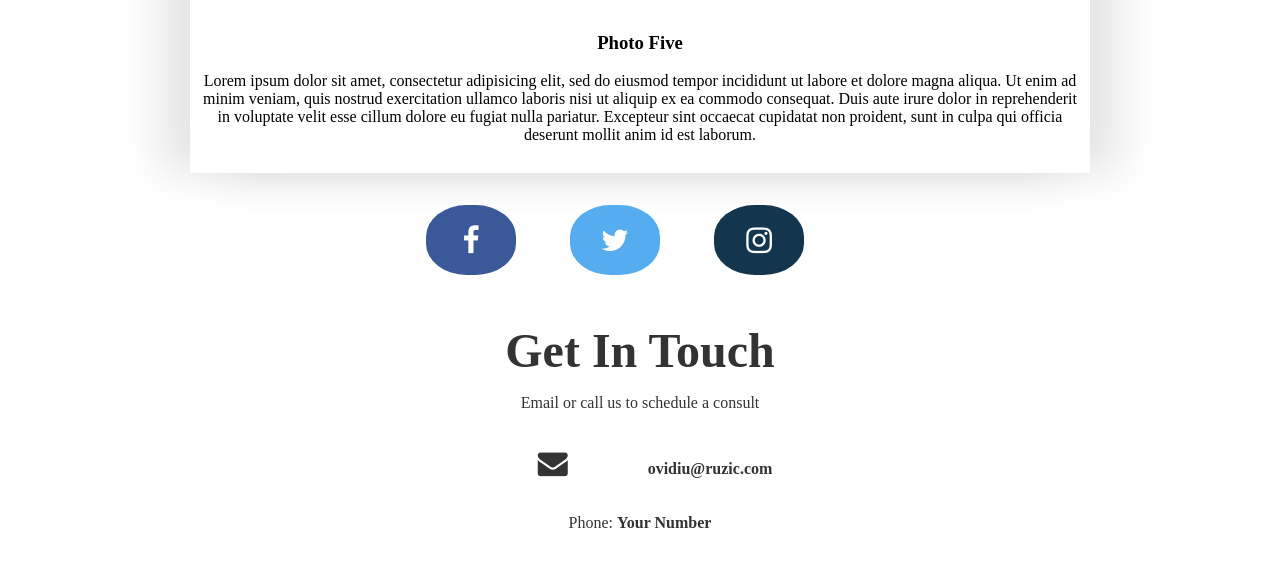
Repository: konstantin0s/mobile-photography
Page: index.html
These files come from the project's save history. The page is drawn as it stood at one moment and after the next save; the edit follows.
The browser window is 1280 px wide. The pictures show the part of the page from y = 4062 to 4702 px (the page is 4650 px tall before and 4702 px after).

Above is the page before, as saved 2019-05-11 14:53:49.

### index.html
<!DOCTYPE html>
<html lang="en" dir="ltr">
  <head>
    <meta charset="utf-8">
    <meta name="viewport" content="width=device-width, initial-scale=1.0">
    <meta http-equiv="X-UA-Compatible" content="ie=edge">
    <link rel="stylesheet" href="https://cdnjs.cloudflare.com/ajax/libs/font-awesome/4.7.0/css/font-awesome.min.css">
    <link rel="stylesheet" href="css/style.css">

    <title>Mobile Photography</title>
  </head>
  <body>
<main>
  <div id="landing" class="">
    <div id="landing-text" class="">
      <div id="landing-text-inner" class="">
       <img id="logo" src="img/logos.png" />
       <h1>Photography</h1>
        <a href="#images" class="btn" id="view-work">
          View Work
        </a>
      </div>
    </div>
    <div id="landing-image" class="">

    </div>
  </div>

  <div id="images" class="">
<div id="header">
  <h2>Our Work</h2>
</div>
<img src="https://source.unsplash.com/1600x900/?nature,water" alt="">
<div class="caption">
  <h3>Photo One</h3>
  <p>
    Lorem ipsum dolor sit amet, consectetur adipisicing elit, sed do eiusmod tempor incididunt ut labore et dolore magna aliqua. Ut enim ad minim veniam, quis nostrud exercitation ullamco laboris nisi ut aliquip ex ea commodo consequat. Duis aute irure dolor in reprehenderit in voluptate velit esse cillum dolore eu fugiat nulla pariatur. Excepteur sint occaecat cupidatat non proident, sunt in culpa qui officia deserunt mollit anim id est laborum.

  </p>
</div>

<img src="https://source.unsplash.com/1600x900/?nature,clouds" alt="">
<div class="caption">
  <h3>Photo Two</h3>
  <p>
    Lorem ipsum dolor sit amet, consectetur adipisicing elit, sed do eiusmod tempor incididunt ut labore et dolore magna aliqua. Ut enim ad minim veniam, quis nostrud exercitation ullamco laboris nisi ut aliquip ex ea commodo consequat. Duis aute irure dolor in reprehenderit in voluptate velit esse cillum dolore eu fugiat nulla pariatur. Excepteur sint occaecat cupidatat non proident, sunt in culpa qui officia deserunt mollit anim id est laborum.

  </p>
</div>

<img src="https://source.unsplash.com/1600x900/?nature,animals" alt="">
<div class="caption">
  <h3>Photo Three</h3>
  <p>
    Lorem ipsum dolor sit amet, consectetur adipisicing elit, sed do eiusmod tempor incididunt ut labore et dolore magna aliqua. Ut enim ad minim veniam, quis nostrud exercitation ullamco laboris nisi ut aliquip ex ea commodo consequat. Duis aute irure dolor in reprehenderit in voluptate velit esse cillum dolore eu fugiat nulla pariatur. Excepteur sint occaecat cupidatat non proident, sunt in culpa qui officia deserunt mollit anim id est laborum.

  </p>
</div>

<img src="https://source.unsplash.com/1600x900/?nature,trees" alt="">
<div class="caption">
  <h3>Photo Four/h3>
  <p>
    Lorem ipsum dolor sit amet, consectetur adipisicing elit, sed do eiusmod tempor incididunt ut labore et dolore magna aliqua. Ut enim ad minim veniam, quis nostrud exercitation ullamco laboris nisi ut aliquip ex ea commodo consequat. Duis aute irure dolor in reprehenderit in voluptate velit esse cillum dolore eu fugiat nulla pariatur. Excepteur sint occaecat cupidatat non proident, sunt in culpa qui officia deserunt mollit anim id est laborum.

  </p>
</div>

<img src="https://source.unsplash.com/1600x900/?nature,flowers" alt="">
<div class="caption">
  <h3>Photo Five</h3>
  <p>
    Lorem ipsum dolor sit amet, consectetur adipisicing elit, sed do eiusmod tempor incididunt ut labore et dolore magna aliqua. Ut enim ad minim veniam, quis nostrud exercitation ullamco laboris nisi ut aliquip ex ea commodo consequat. Duis aute irure dolor in reprehenderit in voluptate velit esse cillum dolore eu fugiat nulla pariatur. Excepteur sint occaecat cupidatat non proident, sunt in culpa qui officia deserunt mollit anim id est laborum.

  </p>
</div>

  </div>

</main>

<footer>
    <a href="#" class="fa fa-facebook"></a>
    <a href="#" class="fa fa-twitter"></a>
    <a href="#" class="fa fa-instagram"></a>

  <h3>Get In Touch</h3>
  <p>Email or call us to schedule a consult</p>
  <p><i class="fa fa-envelope" aria-hidden="true"></i><strong>ovidiu@ruzic.com</strong>
  </p>
  <p>Phone: <strong>Your Number</strong></p>
</footer>
<script
src="https://code.jquery.com/jquery-3.3.1.min.js"
integrity="sha256-FgpCb/KJQlLNfOu91ta32o/NMZxltwRo8QtmkMRdAu8="
crossorigin="anonymous"></script>
<script type="text/javascript" src="js/main.js">

</script>
  </body>
</html>

### css/style.css
import url('https://fonts.googleapis.com/css?family=Open+Sans');

body {
  font-family: 'Open Sans', sans-serif;
  margin: 0;
  background-color: #eee;
  height: auto;
}

h1{
  font-weight: 400;
  font-size: 2.5rem;
  text-transform: uppercase;
  margin: 0;
  border-bottom: 1px solid black;
  top: -90px;
  position: relative;
}

h2 {
  font-weight: 400;
  font-size: 1.2rem;
  text-transform: capitalize;
  margin: 0;
}

img {
  display: block;
  width: 100%;
}

#logo {
  top: -80px;
  position: relative;
}

main {
  max-width: 900px;
  margin: auto;
  box-shadow: 30px 0px 40px rgba(0,0,0,0.1), -30px 0px 40px rgba(0,0,0,0.1);
}

#landing {
  background: #fff;
  }

#landing-text {
display: flex;
flex: 0 1 40vw;
height: 50vh;
justify-content: center;
align-items: center;
text-align: center;
padding-right: 1rem;
padding-left: 1rem;
}

#landing-text h2 {
  color: #888;
}
.btn {
  padding: 0.5rem 2rem;
  border: 1px #ccc solid;
  display: inline-block;
  margin: 2rem 0 0;
  border-radius: 50px;
  text-decoration: none;
  color: #333;
  transition: background 500ms ease;
}

#landing-image {
  background: url(https://source.unsplash.com/De8wMYoSSBc);
  background-position: center;
  background-size: cover;
  background-repeat: no-repeat;
  height: 50vh;
  flex: 0 1 60vw;
  margin: 0;
}

.btn:hover {
  background: #f4f4f4;
}

#header {
  padding: 1.5rem;
  text-align: center;
  background: #333;
  color: #fff;
}

#header h2 {
  border-left: dotted 1px #fff;
  border-right: dotted 1px #fff;
display: inline-block;
padding-right: 1rem;
padding-left: 1rem;
}

.caption {
  padding: 0.8rem;
  text-align: center;
}

footer {
  text-align: center;
  padding: 2rem 1rem;
  margin: auto;
  color: #333;
}

footer h3 {
  font-size: 3rem;
  margin-bottom: 0;
}

.fa {
  padding: 20px;
  margin-right: 50px;
  font-size: 30px;
  width: 50px;
  text-align: center;
  text-decoration: none;
  border-radius: 45%;
}

/* Add a hover effect if you want */
.fa:hover {
  opacity: 0.7;
}

/* Set a specific color for each brand */

/* Facebook */
.fa-facebook {
  background: #3B5998;
  color: white;
}

/* Twitter */
.fa-twitter {
  background: #55ACEE;
  color: white;
}

/* Instagram */
.fa-instagram {
  background: rgb(19, 53, 78);
  color: white;
}


/* Screen size 500px and up*/
@media(min-width: 500px) {
  #landing {
    display: flex;
    height: 100%;
  }
  #landing-text {
    height: 100vh;
  }
  #landing-image {
    height: 100vh;
  }
}

/* Screen size 700px and up*/
@media(min-width: 700px) {
  .btn {
    padding: 1rem 3rem;
  }
}

/* Screen size 700px and up*/
@media(max-width: 500px) {
  .btn {
    padding: 1rem 3rem;
  }


  #logo {
    display: flex;
    width: 200px;
    height: 150px;
    flex-direction: column;
    top: -30px;
    position: relative;
  }

  h1 {

    flex-direction: column;
    top: -20px;
  font-size: 28px;
  border-bottom: 1px solid black;
  }
}

### js/main.js
//animate smooth scroll
$('#view-work').on('click', function() {
  const images = $('#images').position().top;

  $('html, body').animate({
    scrollTop: images
  }, 900)
});

After the next save:
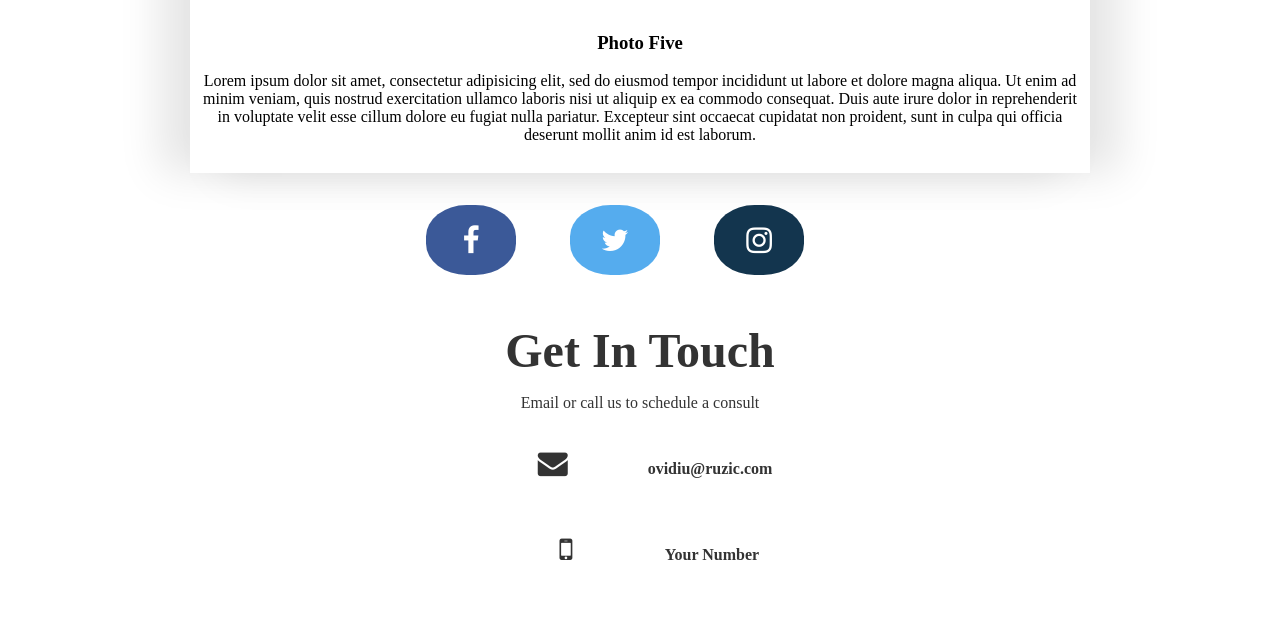
Saved 45 s later.
--- a/index.html
+++ b/index.html
@@ -88,7 +88,7 @@
   <p>Email or call us to schedule a consult</p>
   <p><i class="fa fa-envelope" aria-hidden="true"></i><strong>ovidiu@ruzic.com</strong>
   </p>
-  <p>Phone: <strong>Your Number</strong></p>
+  <p><i class="fa fa-mobile" aria-hidden="true"></i> <strong>Your Number</strong></p>
 </footer>
 <script
 src="https://code.jquery.com/jquery-3.3.1.min.js"
